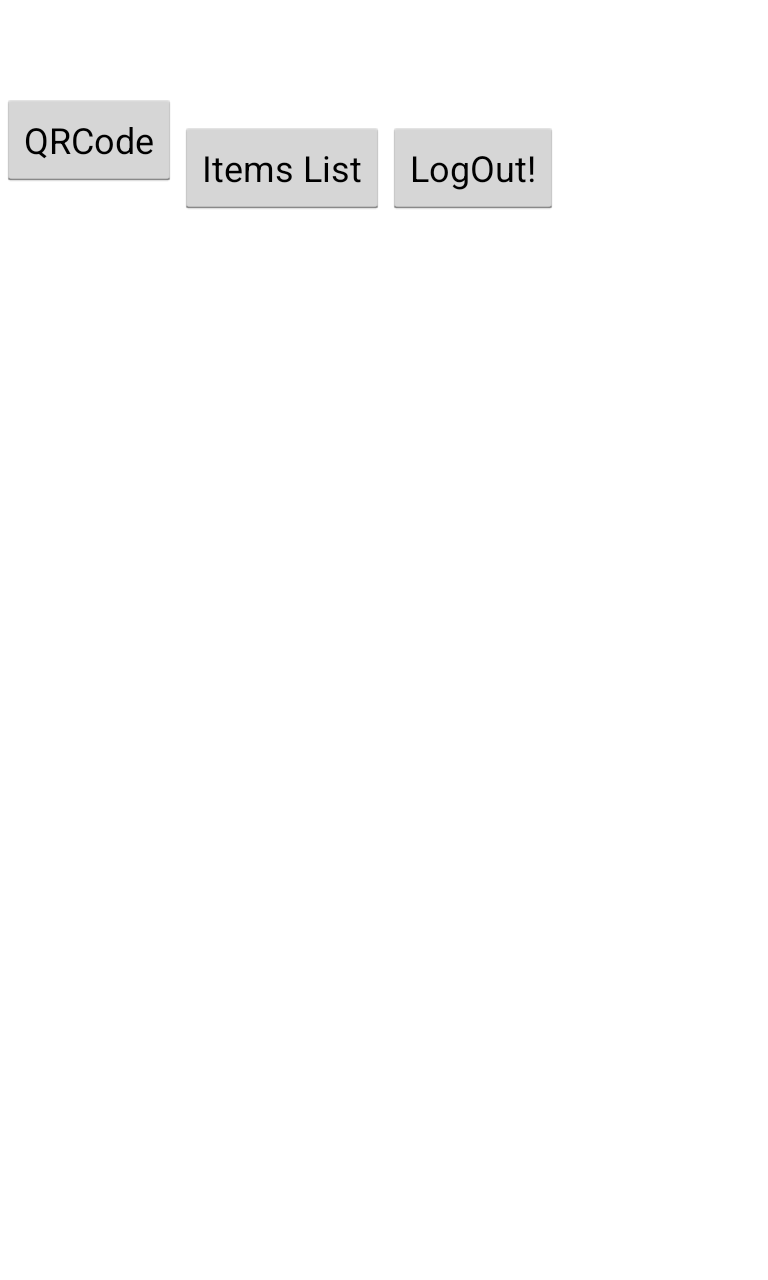
Repository: raphaelferras/eshelf
Layout: eshelfApp/E-shelf/res/layout/activity_menu.xml
An editor plug-in stored every save of this project. The layout is shown before and after the next save, followed by the edit.
It is drawn on a 768 x 1280 px phone screen (xhdpi) without system bars, with theme AppTheme; the app's code is not run.

Above is the layout before, as saved 2013-03-23 21:02:47.

### eshelfApp/E-shelf/res/layout/activity_menu.xml
<RelativeLayout xmlns:android="http://schemas.android.com/apk/res/android"
    xmlns:tools="http://schemas.android.com/tools"
    android:layout_width="match_parent"
    android:layout_height="match_parent" >

    <Button
        android:id="@+id/qrcode"
        android:layout_width="wrap_content"
        android:layout_height="wrap_content"
        android:layout_alignParentBotton="true"
        android:layout_marginTop="46dp"
        android:text="QRCode" />

    <Button
        android:id="@+id/items_list"
        android:layout_width="wrap_content"
        android:layout_height="wrap_content"
        android:layout_alignParentBotton="true"
        android:layout_marginTop="60dp"
        android:layout_toRightOf="@+id/qrcode"
        android:text="Items List" />

    <Button
        android:id="@+id/logout"
        android:layout_width="wrap_content"
        android:layout_height="wrap_content"
        android:layout_alignParentBotton="true"
        android:layout_centerHorizontal="true"
        android:layout_marginTop="60dp"
        android:layout_toRightOf="@+id/items_list"
        android:text="LogOut!" />

</RelativeLayout>

Loaded but not shown: eshelfApp/E-shelf/res/values-v11/styles.xml (common file); eshelfApp/E-shelf/res/values-v14/styles.xml (common file); eshelfApp/E-shelf/res/values/styles.xml (common file)

After the next save:
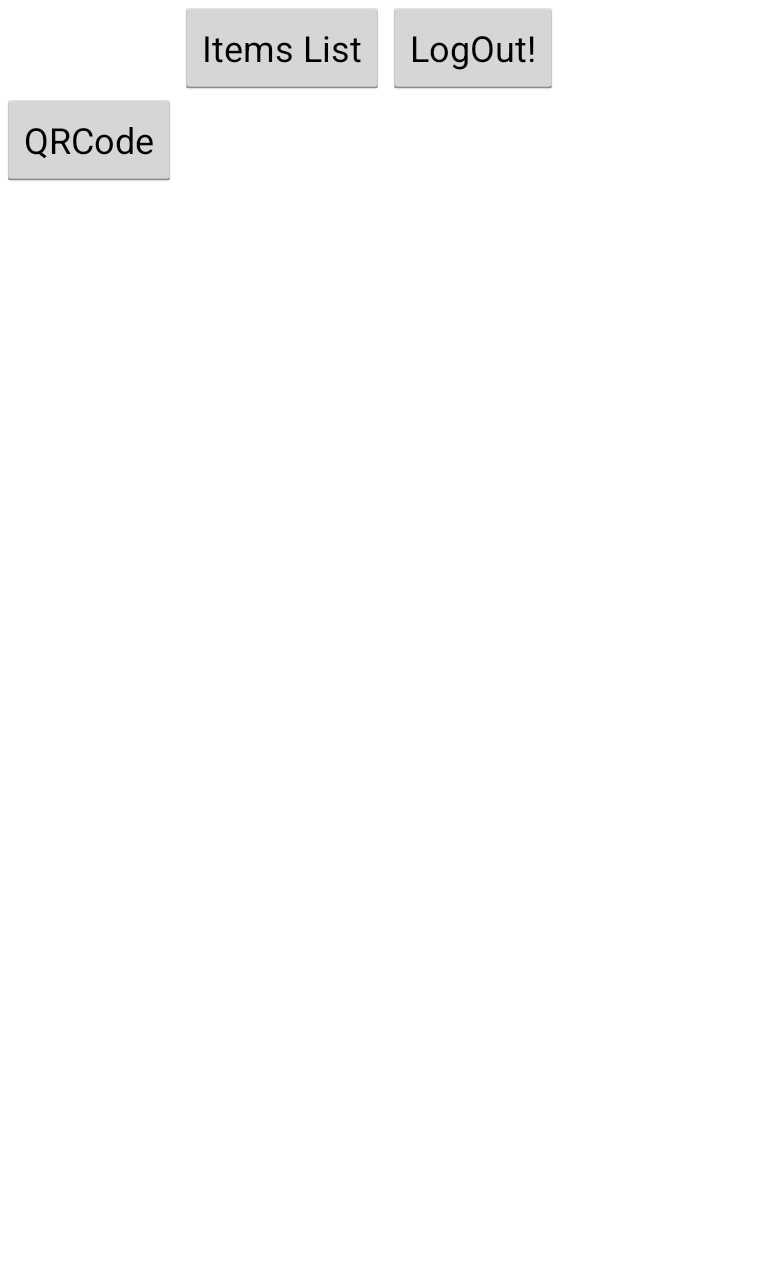
Saved 15 s later.
--- a/eshelfApp/E-shelf/res/layout/activity_menu.xml
+++ b/eshelfApp/E-shelf/res/layout/activity_menu.xml
@@ -16,7 +16,6 @@
         android:layout_width="wrap_content"
         android:layout_height="wrap_content"
         android:layout_alignParentBotton="true"
-        android:layout_marginTop="60dp"
         android:layout_toRightOf="@+id/qrcode"
         android:text="Items List" />
 
@@ -26,7 +25,6 @@
         android:layout_height="wrap_content"
         android:layout_alignParentBotton="true"
         android:layout_centerHorizontal="true"
-        android:layout_marginTop="60dp"
         android:layout_toRightOf="@+id/items_list"
         android:text="LogOut!" />
 
